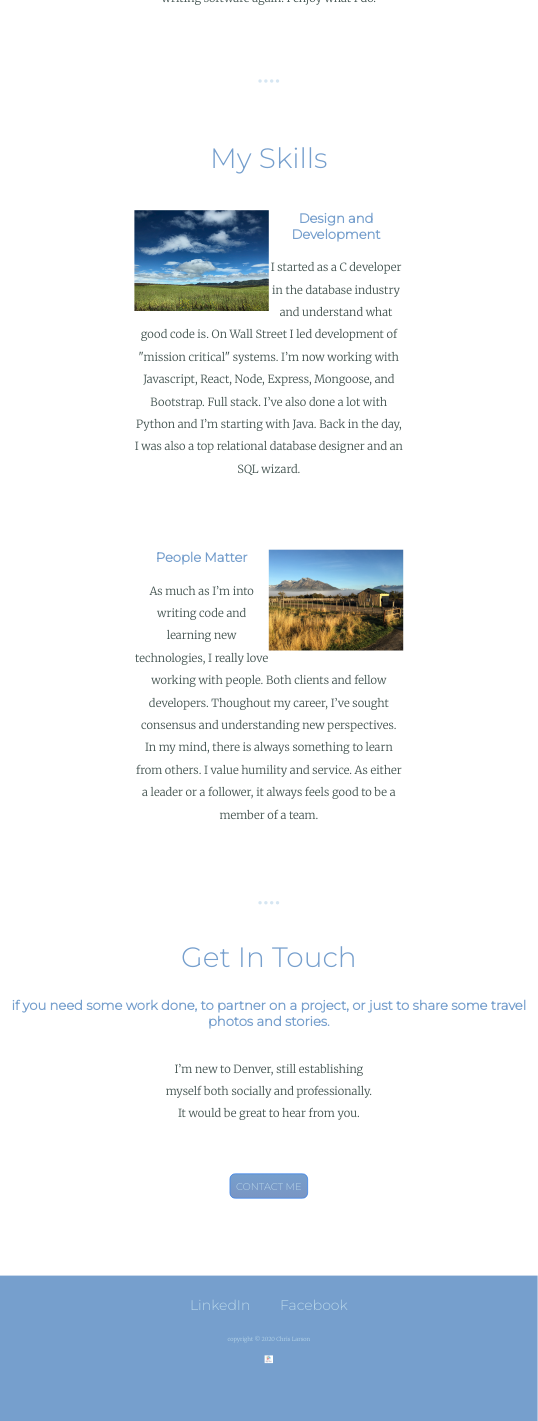
Repository: EpiTao-LLC/Personal_web_page
Page: index.html
These files come from the project's save history. The page is drawn as it stood at one moment and after the next save; the edit follows.
The browser window is 768 px wide. The pictures show the part of the page from y = 1546 to 3786 px (the page is 3576 px tall before and 3786 px after), at 70% of full size.

Above is the page before, as saved 2020-08-30 15:22:00.

### index.html
<!DOCTYPE html>
<html lang="en">
<head>
    <meta charset="UTF-8">
    <meta name="viewport" content="width=device-width, initial-scale=1.0">
    <title>Chris Larson</title>
    <link rel="stylesheet" href="css/styles.css">
    <link href="https://fonts.googleapis.com/css2?family=Merriweather:wght@300&family=Montserrat:wght@300&family=Sacramento&display=swap" rel="stylesheet">
    <link rel="apple-touch-icon" sizes="180x180" href="favicon_package_v0.16/apple-touch-icon.png">
    <link rel="icon" type="image/png" sizes="32x32" href="favicon_package_v0.16/favicon-32x32.png">
    <link rel="icon" type="image/png" sizes="16x16" href="favicon_package_v0.16/favicon-16x16.png">
    <link rel="manifest" href="favicon_package_v0.16/site.webmanifest">
    <link rel="mask-icon" href="favicon_package_v0.16/safari-pinned-tab.svg" color="#5bbad5">
    <meta name="msapplication-TileColor" content="#da532c">
    <meta name="theme-color" content="#ffffff">
</head>
<body>
    <div class = "top-container">
        <h1>I'm Chris</h1>
        <h2>a software developer</h2>
        <img class="cover-img" src="images/Boats in Cambodia.jpeg" alt="Boats in Cambodia image">
        <p>In my spare time I enjoy traveling the world and snapping iPhone pictures.</p>
      </div>
    <div class="middle-container">
        <div class="profile">
          <br>
          <img class="my-img" src="images/Holiday_Denmark.jpeg"  alt="Chris Pic">
          <h2>Hello</h2>
          <p>
            I’m a former Wall Street technology executive, who was reasonably successful and able to retire early.  My
            goal had always been to relocate from New York to Denver because Denver’s a cool place and I love the mountains.
            Another goal was to get hands-on and start writing code again because I love design and creating.   I’m grateful
            that I’m now in Denver, managing some investments, and writing software again.  I enjoy what I do.
            </p>
        </div>
        <hr>
        <div class="skills">
          <h2>My Skills</h2>
          <div class="skill-row">
            <img class="skills-img-1" src="images/Ecuador.JPEG" alt="Equador picture">
            <h3>Design and Development</h3>
            <p> I started as a C developer in the database industry and understand what good code is.  On Wall Street I led development
              of "mission critical" systems.  I’m now working with Javascript, React, Node, Express, Mongoose, and Bootstrap.  Full stack.
              I’ve also done a lot with Python and I’m starting with Java.  Back in the day, I was also a top relational
              database designer and an SQL wizard.

            </p>
          </div>
          <div class="skill-row">
            <img class="skills-img-2" src="images/Ranch in Patagonia.JPEG" alt="Ranch in Patagonia">
            <h3>People Matter</h3>
            <p>As much as I’m  into writing code and learning new technologies, I really love working with people.  Both
              clients and fellow developers.  Thoughout my career, I’ve sought consensus and understanding new perspectives.   In
              my mind, there is always something to learn from others.  I value humility and service.  As either a leader
              or a follower, it always feels good to be a member of a team.
            </p>
          </div>
        </div>
        <hr>
        <div class="contact-me">
          <h2>Get In Touch</h2>
          <h3>if you need some work done, to partner on a project, or just to share some travel photos and stories.</h3>
          <p class="contact-message">I’m new to Denver, still establishing myself both socially and professionally.  It would be great to hear from you.</p>
          <a class="btn" href="mailto:chris@calarsonllc.com">CONTACT ME</a>
        </div>
      </div>
      <div class="bottom-container">
        <a class="footer-link" href="https://www.linkedin.com/in/christopheralarson//">LinkedIn</a>
        <a class="footer-link" href="https://www.facebook.com/chris.larson">Facebook</a>
        <p class="copyright"> copyright © 2020 Chris Larson <br><br>
        <img class="logo-img" src="images/EpiTao_logo.jpg" alt="EpiTao logo">
        </p>
      </div>
</body>
</html>

### css/styles.css
body {
    margin: 0;
    text-align: center;
    font-family: 'Merriweather', serif;
    font-weight: normal;
    color:  #40514E;
}
h1 {
    margin: 0px auto 0 auto;
    font-family: 'Montserrat', sans-serif;
    font-size: 5rem;
    line-height: 2.0;
    color: #769FCD;
}
h2 {
    font-family: 'Montserrat', sans-serif;
    font-size: 2.5rem;
    font-weight: normal;
    color: #769FCD
}
h3 {
    font-family: 'Montserrat', sans-serif;
    /* font-size: 2rem; */
    font-weight: 900;
    color: #769FCD
}
p {
    line-height: 2;
}
hr {
    border-color:  #d6e6f2;
    border-width: 5px;
    border-style: dotted none none;
    height: 0px;
    width: 4%;
    margin: 100 auto 100 auto;
}
.top-container {
    background-color: #d6e6f2;
    color: #769FCD;
    position: relative;
    padding-top: 50px;
    padding-bottom: 100px;
}
.middle-container {
    margin-top: 100px;

}
.bottom-container {
    margin-top: 100px;
    padding: 30px 0 50px;
    font-size: 10px;
    background-color: #769FCD;
    color: #f7fbfc  ;
}
.profile{
    width: 50%;
    margin: 50px auto 100px auto;
    text-align: center;
}
.skills {
    margin-top: 50px;
}
.skill-row {
    width: 50%;
    margin: 50px auto 100px auto;
    text-align: left;
}
.contact-me {
    margin-top: 50px;
}
.contact-message {
    width: 40%;
    margin: 40px auto 60px;
}
.footer-link {
    font-size: 20px
}
.copyright {
    color: #b9d7ea;
    font-size: 0.5rem;
    padding: 20px 0;
}

.btn {
    background: #769FCD;
    background-image: -webkit-linear-gradient(top, #769FCD, #7A95C3);
    background-image: -moz-linear-gradient(top, #769FCD, #7A95C3);
    background-image: -ms-linear-gradient(top, #769FCD, #7A95C3);
    background-image: -o-linear-gradient(top, #769FCD, #7A95C3);
    background-image: linear-gradient(to bottom, #769FCD, #7A95C3);
    -webkit-border-radius: 8px;
    -moz-border-radius: 8px;
    border-radius: 8px;
    color: #FFFFFF;
    font-family: 'Montserrat', sans-serif;
    font-size: 14px;
    font-weight: 100;
    padding: 8px;
    border: solid #337FED 1px;
    text-decoration: none;
    display: inline-block;
    cursor: pointer;
    text-align: center;
}

.btn:hover {
    border: solid #337FED 1px;
    background: #7A95C3;
    background-image: -webkit-linear-gradient(top, #7A95C3, #769FCD);
    background-image: -moz-linear-gradient(top, #7A95C3, #769FCD);
    background-image: -ms-linear-gradient(top, #7A95C3, #769FCD);
    background-image: -o-linear-gradient(top, #7A95C3, #769FCD);
    background-image: linear-gradient(to bottom, #7A95C3, #769FCD);
    -webkit-border-radius: 7px;
    -moz-border-radius: 7px;
    border-radius: 7px;
    text-decoration: none;
}

a:link {
    font-family: 'Montserrat', sans-serif;
    text-decoration: none;
    color: #b9d7ea;
    margin: 10px 20px;

}
a:visited {
    color: #b9d7ea
}
a:hover{
    color: #f7fbfc
}
.cover-img {
    width: 60%;
    height: 60%;
    margin-bottom: 20px;
}
.my-img {
    width: 45%;
    height: 45%;
    float: fit-content;
}
.skills-img-1 {
    width: 40%;
    height: 40%;
    float: left;
    margin-right: 30px;
}
.skills-img-2 {
    width: 40%;
    height: 40%;
    float: right;
    margin-left: 30px;
}
.logo-img {
    width: 1.5%;
    height: 1.5%;
}

  /* Mobile Styling */

  @media (max-width: 780px) {
    .middle-container {
        text-align: center;
        position: relative;
        margin-top: 100px;

    }
    .skills {
        align-content: center;
    }
    .skill-row {
        width: 50%;
        margin: 50px auto 100px auto;
        text-align: center;
    }
    .skills-img-1 {
        width: 50%;
        height: 50%;
        float: fit-content;
        margin-left: 0px;
        margin-right: 0px;
        margin-bottom: 1rem;
    }
    .skills-img-2 {
        width: 50%;
        height: 50%;
        float: center;
        margin-left: 0px;
        margin-bottom: 1rem;
    }
    .bottom-container {
        text-align: center;
        margin-top: 100px;
        padding: 30px 0 50px;
        font-size: 10px;
        background-color: #769FCD;
        color: #f7fbfc  ;
    }
}

After the next save:
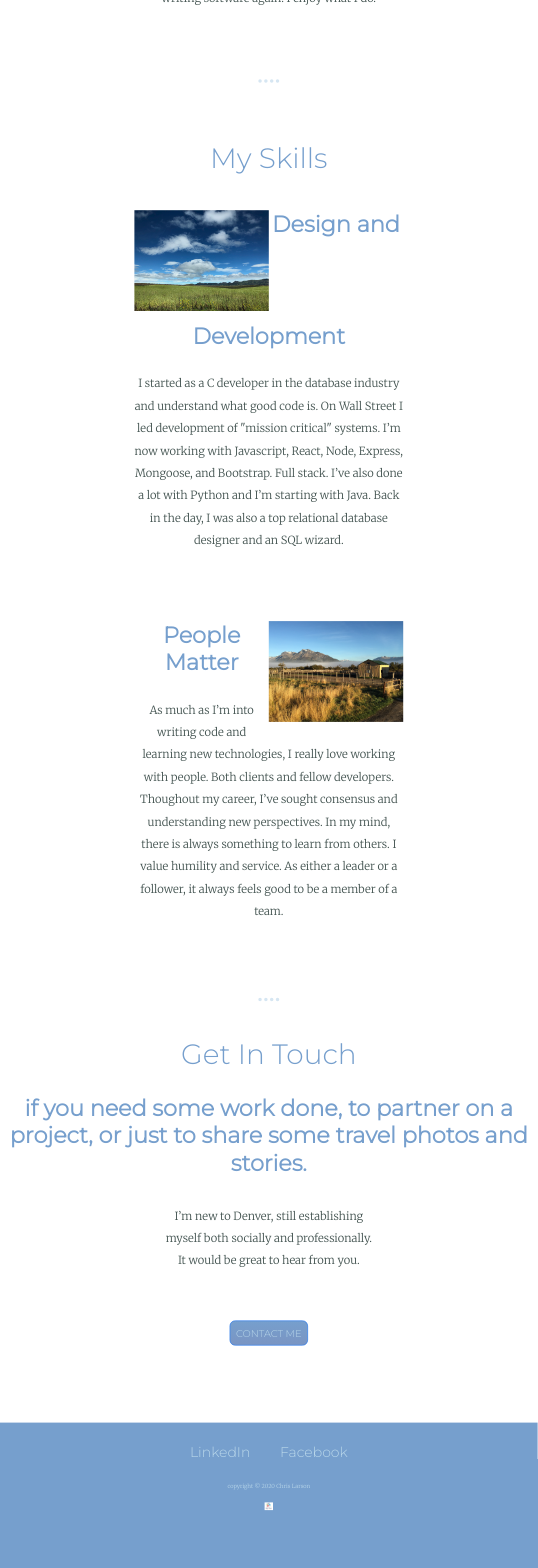
Saved 61 s later.
--- a/css/styles.css
+++ b/css/styles.css
@@ -161,6 +161,12 @@ a:hover{
   /* Mobile Styling */
 
   @media (max-width: 780px) {
+    h3 {
+        /* font-family: 'Montserrat', sans-serif; */
+        font-size: 2rem;
+        font-weight: 900;
+        color: #769FCD
+    }
     .middle-container {
         text-align: center;
         position: relative;
